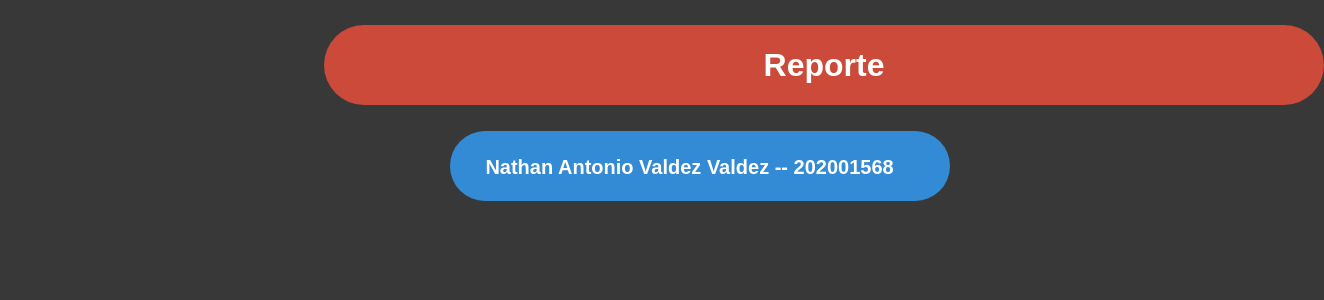
Repository: nathanvdev/LFP_PR_202001568
Page: plantilla.html
An editor plug-in stored every save of this project. The page is shown before and after the next save, followed by the edit.
The browser window is 1280 px wide. The page is 1324 px wide, so the pictures cover 1324 px, including what lies to the right of the window. The pictures show the whole page.

Above is the page before, as saved 2022-02-19 18:55:52.

### plantilla.html

<!DOCTYPE html>
<html lang="en">
<head>
    <meta charset="UTF-8">
    <meta http-equiv="X-UA-Compatible" content="IE=edge">
    <meta name="viewport" content="width=device-width, initial-scale=1.0">
    <title>Document</title>
</head>
<style>
    body{
        font-family: sans-serif;
    }
    .titlebox{
        background-color: rgb(204, 74, 57);
        height: 80px;
        width: 1000px;
        margin: 2%;
        margin-left: 25%;
        border-radius: 45px;


        display: flex;
        justify-content: center;
    }
    .PersonalInfo{
        background-color: rgb(50, 139, 212);
        height: 70px;
        width: 500px;
        margin: 2%;
        margin-left: 35%;
        border-radius: 45px;

    }
</style>
<body style="background-color: rgb(56, 56, 56);">
    <div class="titlebox">
        <h1 style="color: white;">Reporte</h1>
    </div>
    <div class="PersonalInfo">
        <h3 style="color: white;
        margin: 5%; float: left; font-size: 20px; padding-left: 10px;">
            Nathan Antonio Valdez Valdez  --  202001568
        </h3>
    </div>
</body>
</html>

After the next save:
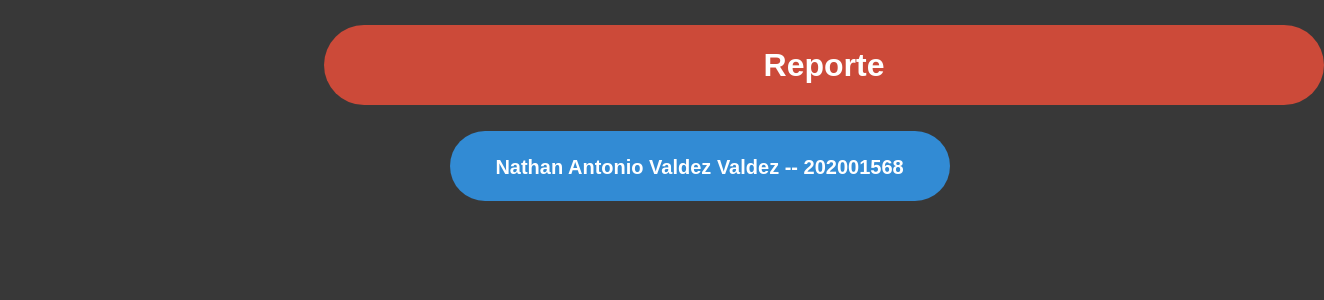
Saved 6 s later.
--- a/plantilla.html
+++ b/plantilla.html
@@ -39,7 +39,7 @@
     </div>
     <div class="PersonalInfo">
         <h3 style="color: white;
-        margin: 5%; float: left; font-size: 20px; padding-left: 10px;">
+        margin: 5%; float: left; font-size: 20px; padding-left: 20px;">
             Nathan Antonio Valdez Valdez  --  202001568
         </h3>
     </div>
